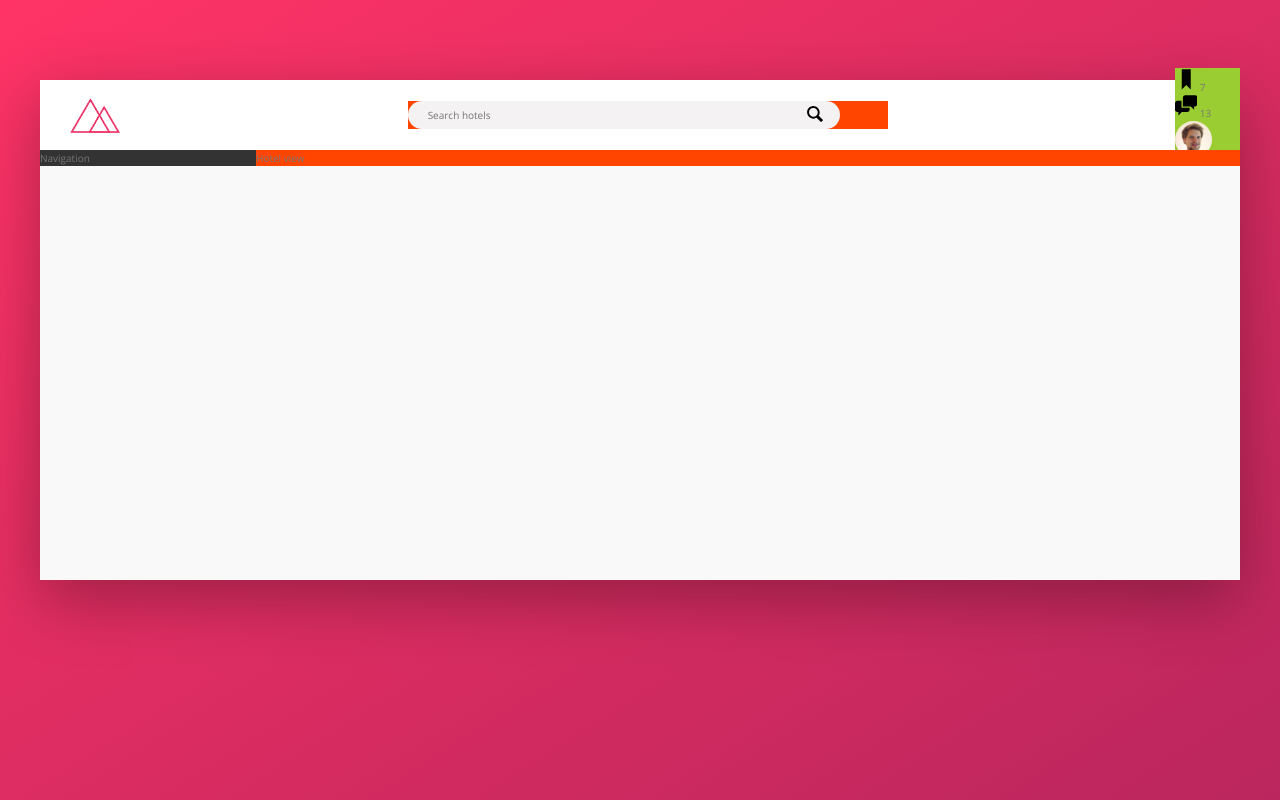
Repository: MalgorzataMazur/Trillo
Page: index.html
An editor plug-in stored every save of this project. The page is shown before and after the next save, followed by the edit.
The browser window is 1280 px wide. The pictures show the whole page.
The style sheet was rebuilt from its Sass, Less or Tailwind sources for each picture, by a compiler version that may differ from the author's.

Above is the page before, as saved 2020-03-26 15:08:14.

### index.html
<!DOCTYPE html>
<html lang="en">
    <head>
        <meta charset="UTF-8">
        <meta name="viewport" content="width=device-width, initial-scale=1.0">

        <link href="https://fonts.googleapis.com/css?family=Open+Sans:300,400,600" rel="stylesheet">
        <link rel="stylesheet" href="css/style.css">
        <link rel="shortcut icon" type="image/png" href="img/favicon.png">

        <title>trillo &mdash; Your all-in-one booking app</title>
    </head>
    <body>
        <div class="container">
            <header class="header">
                <img src="img/logo.png" alt="trillo logo" class="logo">

                <form action="#" class="search">
                    <input type="text" class="search__input" placeholder="Search hotels">
                    <button class="search__button">
                        <svg class="search__icon">
                            <use xlink:href="img/sprite.svg#icon-magnifying-glass"></use> <!--include svg -->
                        </svg>
                    </button>
                </form>

                <nav class="user-nav">
                    <div class="user-nav__icon-box">
                        <svg class="user-nav__icon">
                            <use xlink:href="img/sprite.svg#icon-bookmark"></use>
                        </svg>
                        <span class="user-nav__notification">7</span>
                    </div>
                    <div class="user-nav__icon-box">
                        <svg class="user-nav__icon">
                            <use xlink:href="img/sprite.svg#icon-chat"></use>
                        </svg>
                        <span class="user-nav__notification">13</span>
                    </div>
                    <div class="user-nav__user">
                        <img src="img/user.jpg" alt="User photo" class="user-nav__user-photo">
                        <span class="user-nav__user-name">Jonas</span>
                    </div>
                </nav>
            </header>
            <div class="content">
                <nav class="sidebar">
                    Navigation
                </nav>
                <main class="hotel-view">
                    Hotel view
                </main>
            </div>

        </div>
    </body>
</html>

### sass/_base.scss
//variable will be avuialable for entire documents here, global parent of elelemnt
:root { //root pseudoclass the same like ktml but higher specifity //css custom proiperties variables I use here define in declaration bloxk remember
    --color-primary: #eb2f64;
    --color-primary-light: #FF3366;
    --color-primary-dark: #BA265D;

    --color-grey-light-1: #faf9f9;
    --color-grey-light-2: #f4f2f2;
    --color-grey-light-3: #f0eeee;
    --color-grey-light-4: #ccc;

    --color-grey-dark-1: #333;
    --color-grey-dark-2: #777;
    --color-grey-dark-3: #999;

    --shadow-dark: 0 2rem 6rem rgba(0,0,0,.3);

}

* { //first global settings *,htm, body
    margin: 0;
    padding: 0;
}

*,
*::before,
*::after {
    box-sizing: inherit;
}

html {
    box-sizing: border-box;
    font-size: 62.5%; //1rem = 10px, 10px/16px = 62.5%
}

body {
    font-family: 'Open Sans', sans-serif;
    font-weight: 400;
    line-height: 1.6;
    color: var(--color-grey-dark-2);
    background-image: linear-gradient(to right bottom, var(--color-primary-light), var(--color-primary-dark)); //gradient from the left top cornet to right bottom corner
    background-size: cover;
    background-repeat: no-repeat; //default is repeat in css

    min-height: 100vh; //min height but if height can be bigger than that will be simply bigger
}

### sass/_layout.scss
.container {
    max-width: 120rem; //container can decrease if hasn't got enough enough space to display our 120rem,;inaczej 1200px i jesli mniej to zajmie 100% szerokosci portu
    margin: 8rem auto;
    background-color: var(--color-grey-light-1);
    box-shadow: var(--shadow-dark);

    min-height: 50rem;
}

.header {
    height: 7rem;
    background-color: #fff;
    border-bottom: var(--color-grey-light-2);

    display: flex; //cause it is parent element
    justify-content: space-between; // divide empty space between 3 elements
    align-items: center; //wzdłuż osi poprzecznej center
}

.content {
    display: flex;
}

.sidebar {
    background-color: var(--color-grey-dark-1);

    flex: 0 0 18%; //don't want to grow & shrink & we want 18% of width; automatic wil be
}

.hotel-view {
    background-color: #fff;
    background-color: orangered;

    flex: 1; //by using flex 1 element should grow as much as that can; na tyle ile ma przestrzeni
}

### sass/_components.scss
/////////////////////////////////
////LOGO
.logo {
    height: 3.5rem;
    margin-left: 3rem;
}


/////////////////////////////////
////SEARCH
.search {
    background-color:orangered;
    flex: 0 0 40%; //grow shrink occupy

    display: flex;//flex item is becoming flex container,; we center loop icon btn
    &__input {
        font-family: inherit;
        font-size: inherit;
        color: inherit;
        background-color: var(--color-grey-light-2);
        border: none;
        border-radius: 100px;
        padding: .7rem 2rem;
        width: 90%;
        transition: all .2s;
        margin-right: -3.5rem; //this way the btn move on top of input

        &:focus {
            outline: none;
            width: 100%;
            background-color: var(--color-grey-light-3);
        }
    }

    &__button {
        border: none;
        background-color: var(--color-grey-light-2);

        &:focus {
            outline: none;
        }

        &:active {
            transform: translate(2px);
        }
    }

    &__icon {
        height: 2rem;
        width: 2rem;
}
}

/////////////////////////////////
////USER NAVIGATION
.user-nav {
    background-color: yellowgreen;
    &__icon-box {

    }

    &__icon {
        height: 2.25rem;
        width: 2.25rem;
    }

    &__notification {

    }

    &__user {

    }

    &__user-photo {
        height: 3.75rem;
        border-radius: 50%;

    }

    &__user-name {

    }
}

Loaded but not shown: sass/main.scss (common file)

After the next save:
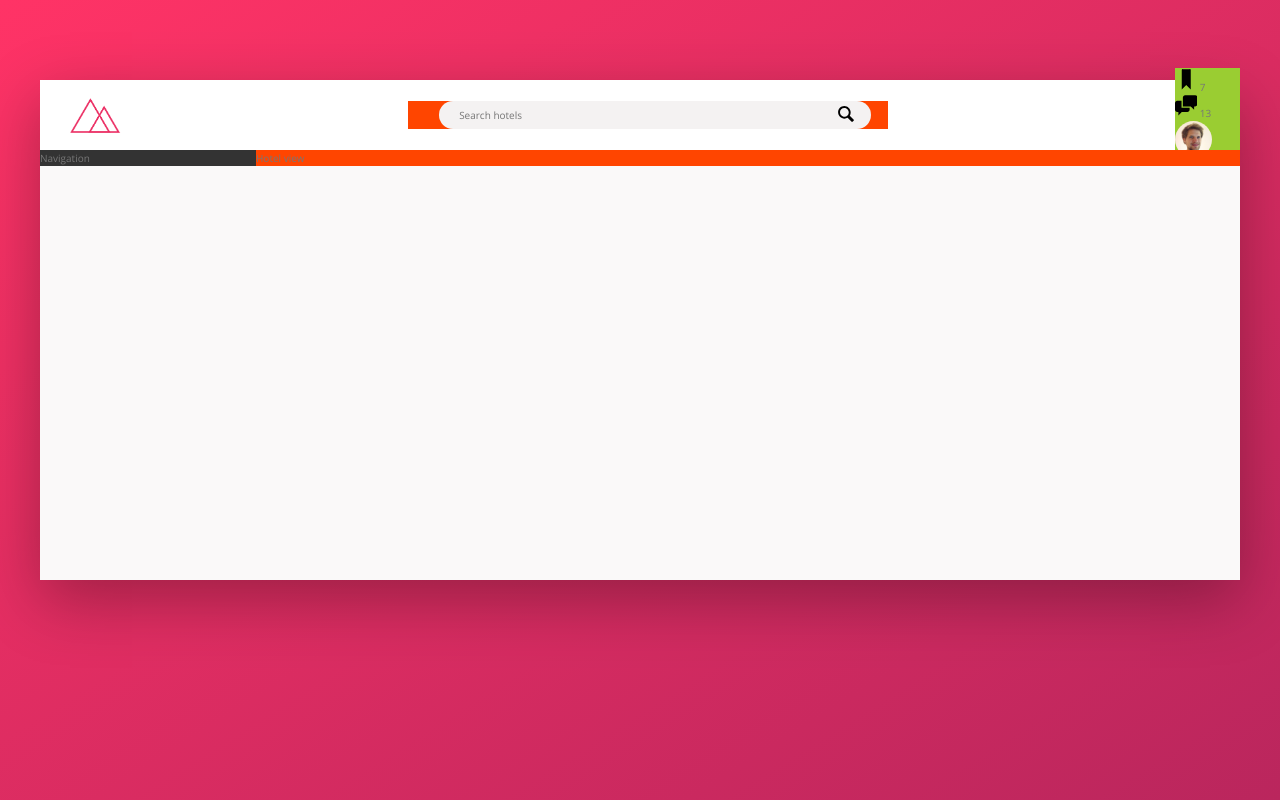
Saved 2 min 53 s later.
--- a/sass/_components.scss
+++ b/sass/_components.scss
@@ -13,6 +13,9 @@
     flex: 0 0 40%; //grow shrink occupy
 
     display: flex;//flex item is becoming flex container,; we center loop icon btn
+    align-items: center; //center elem along the cross axis
+    justify-content: center; //center elem along the main axis
+
     &__input {
         font-family: inherit;
         font-size: inherit;
